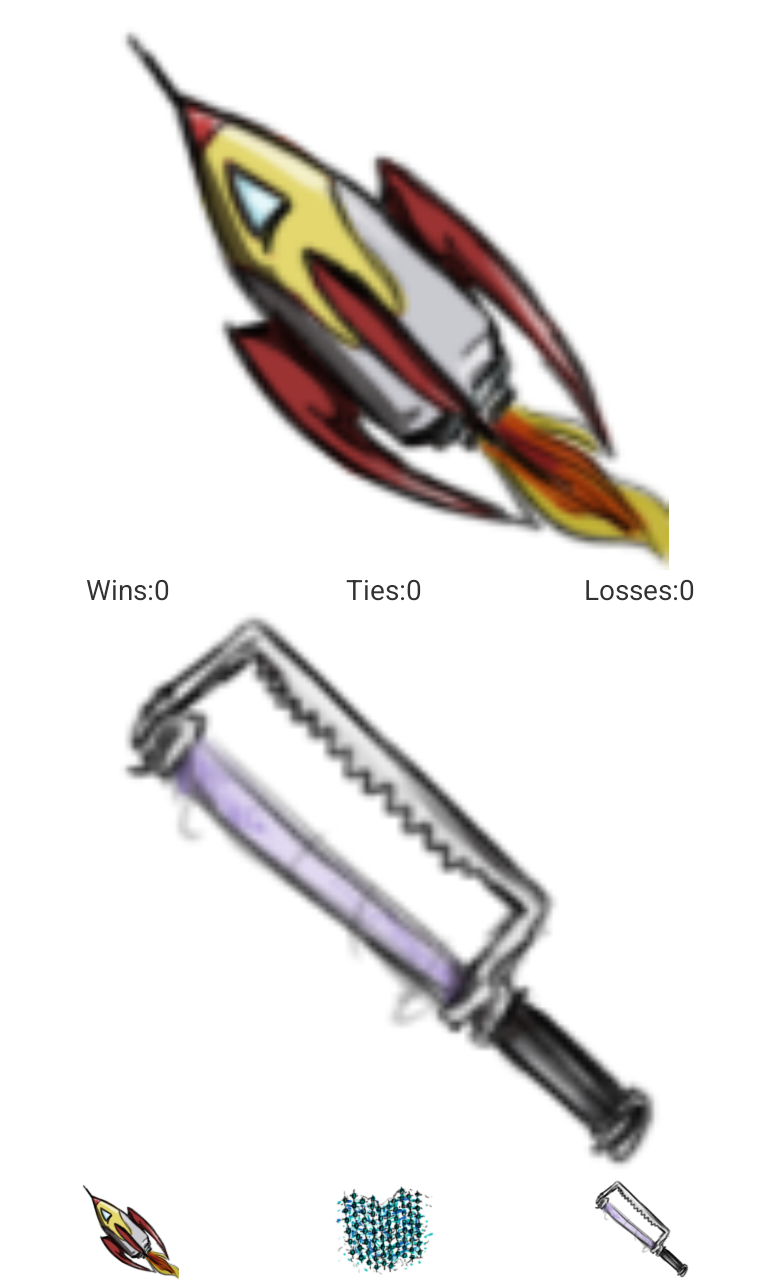
Repository: BU-HuangJ/angrybots_android_app
Layout: workspace/AngryBots/res/layout/activity_mini_game3.xml
The author's editor kept a copy of each file at every save. The layout is drawn from the files as they stood at one save, then again after the next save.
It is drawn on a 768 x 1280 px phone screen (xhdpi) without system bars, with theme AppTheme; the app's code is not run.

Above is the layout before, as saved 2013-04-29 18:06:31.

After the next save:
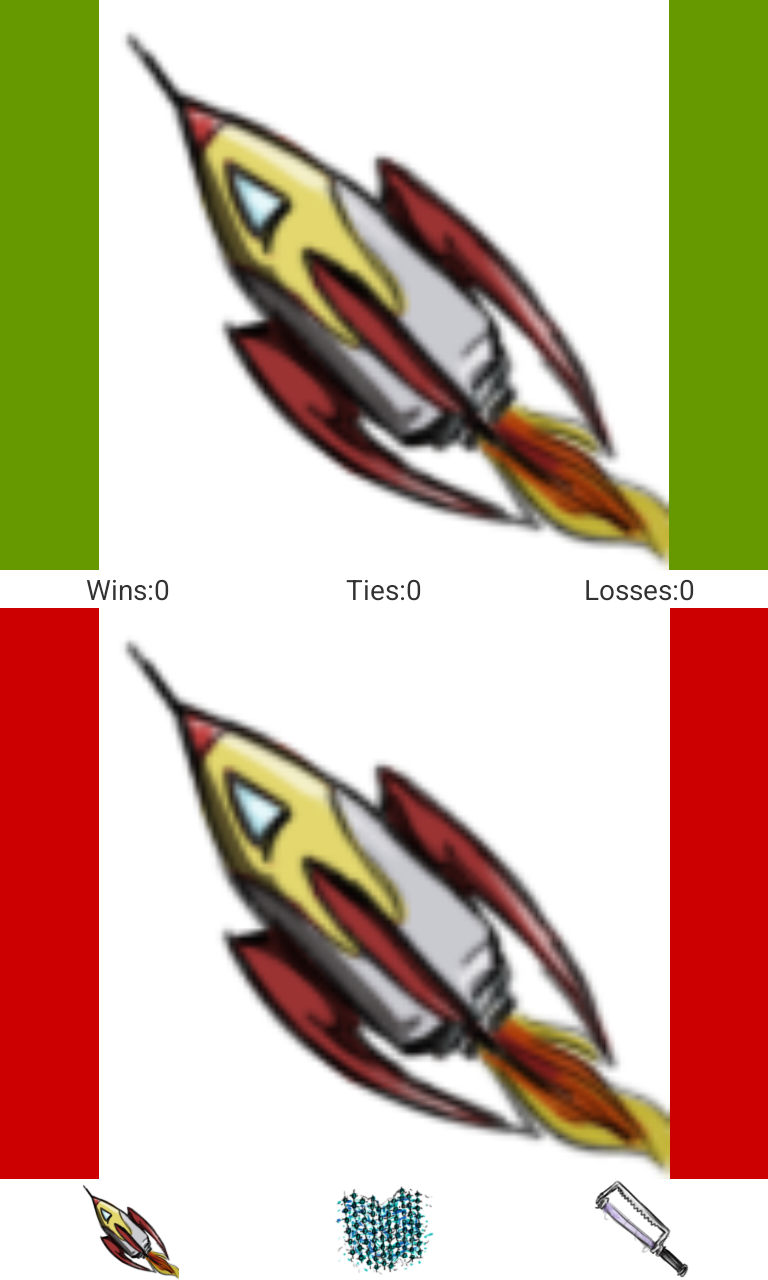
Saved 44 s later.
--- a/workspace/AngryBots/res/layout/activity_mini_game3.xml
+++ b/workspace/AngryBots/res/layout/activity_mini_game3.xml
@@ -11,6 +11,7 @@
 	    android:layout_height="0dp"
 	    android:layout_weight="1"
 		android:gravity="center"
+		android:background="@android:color/holo_green_dark"
 	    android:src="@drawable/rpc_rock_rocket" />
 
     <LinearLayout
@@ -88,7 +89,8 @@
 	    android:layout_height="0dp"
 	    android:layout_weight="1"
 		android:gravity="center"
-	    android:src="@drawable/rpc_scissors_laser_cutter" />
+		android:background="@android:color/holo_red_dark"
+	    android:src="@drawable/rpc_rock_rocket" />
 
     <LinearLayout
         android:id="@+id/RPC_bot"
